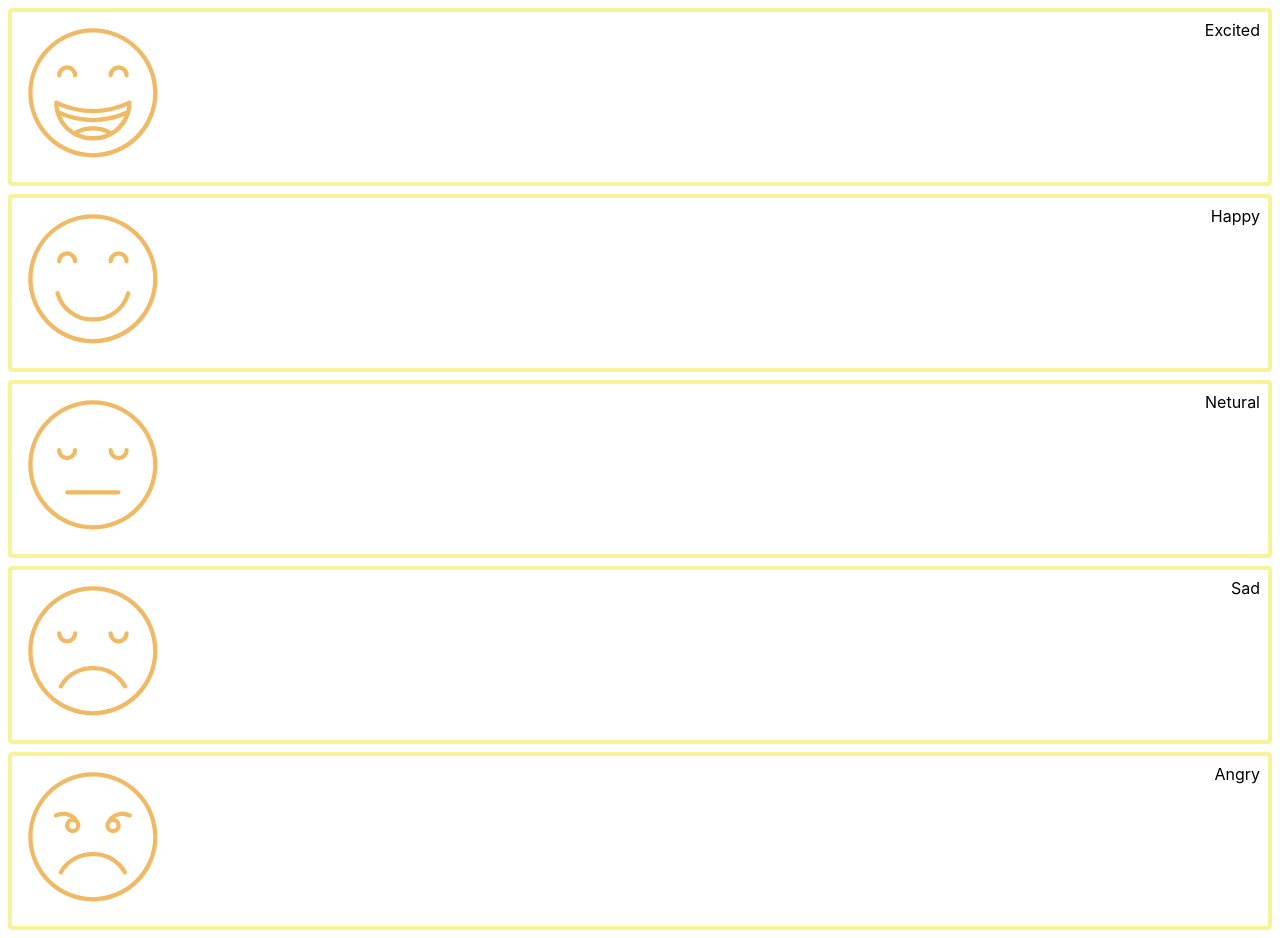
Repository: majakesin/moodify-app
Page: /
The author's editor kept a copy of each file at every save. The page is drawn from the files as they stood at one save, then again after the next save.
The browser window is 1280 px wide. The pictures show the whole page.
The project was rebuilt for these pictures with package versions that can differ from the ones it lists, and the page was loaded fresh each time.

Above is the page before, as saved 2023-08-21 12:06:16.

After the next save:
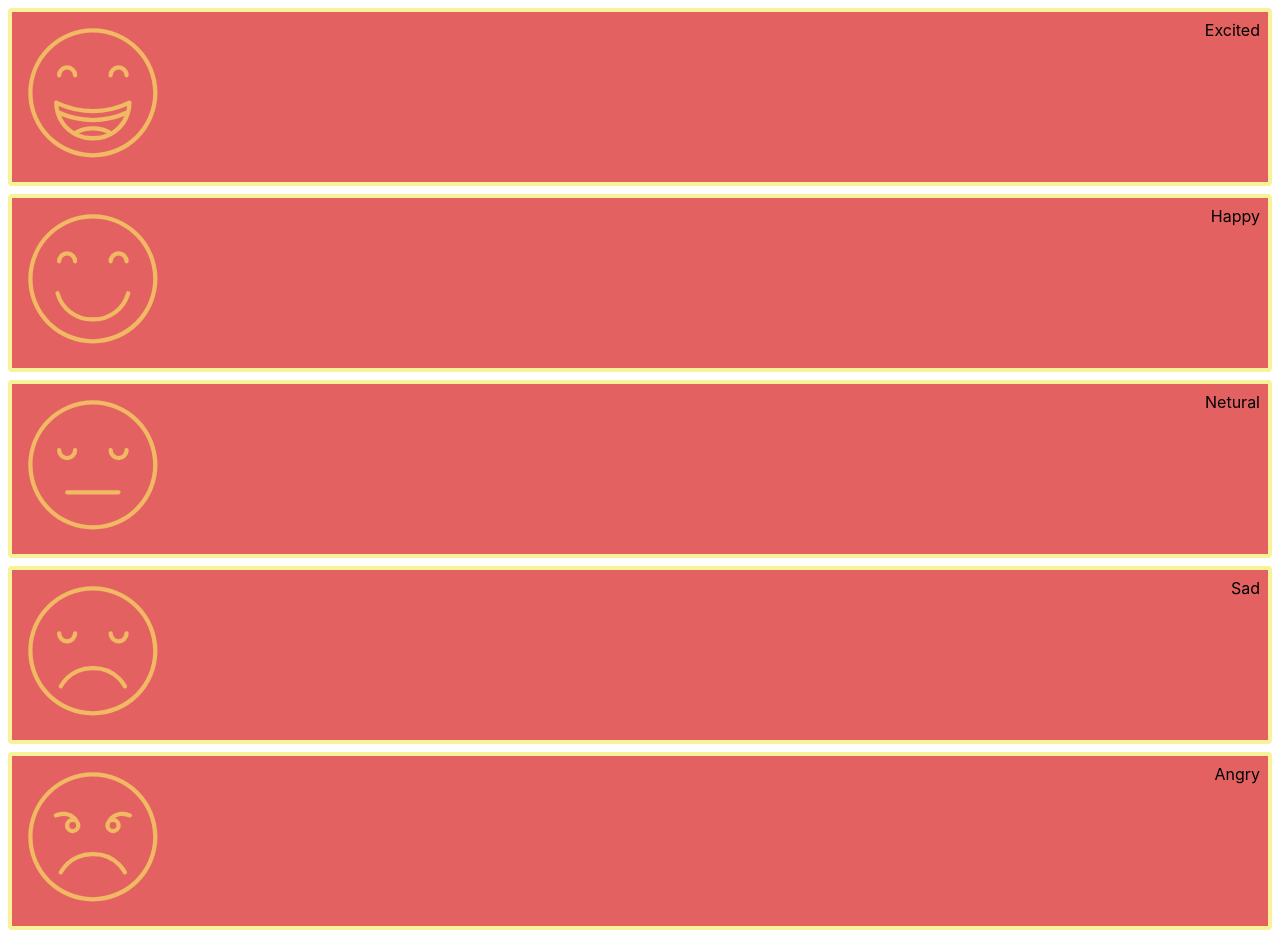
Saved 112 s later.
--- a/src/components/Mood/index.module.css
+++ b/src/components/Mood/index.module.css
@@ -8,6 +8,7 @@
     padding: 8px;
     display: flex;
     justify-content: space-between;
+    background-color: var(--fourth-color);
 }
 
 .icon {
